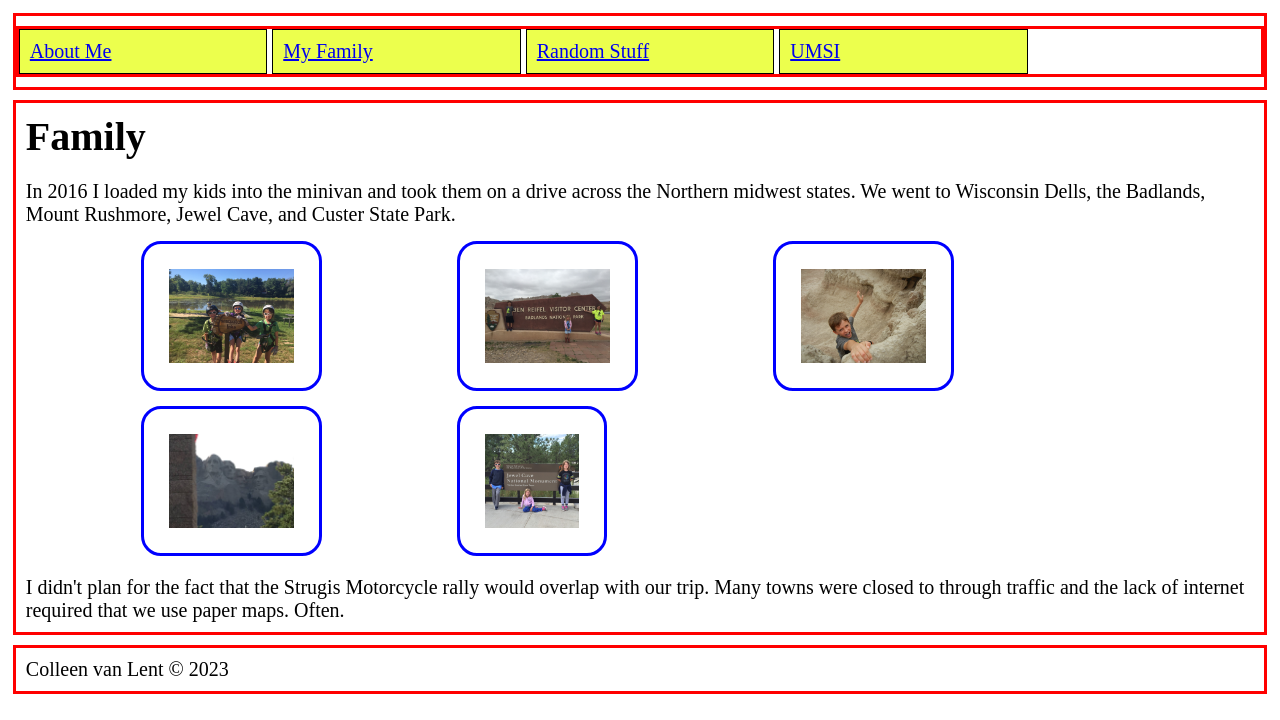
Repository: lulyany/hw1-2023
Page: family.html
These files come from the project's save history. The page is drawn as it stood at one moment and after a run of saves; the edit follows.
The browser window is 1280 px wide. The pictures show the whole page.

Above is the page before, as saved 2023-09-04 18:36:45.

After the next 3 saves:
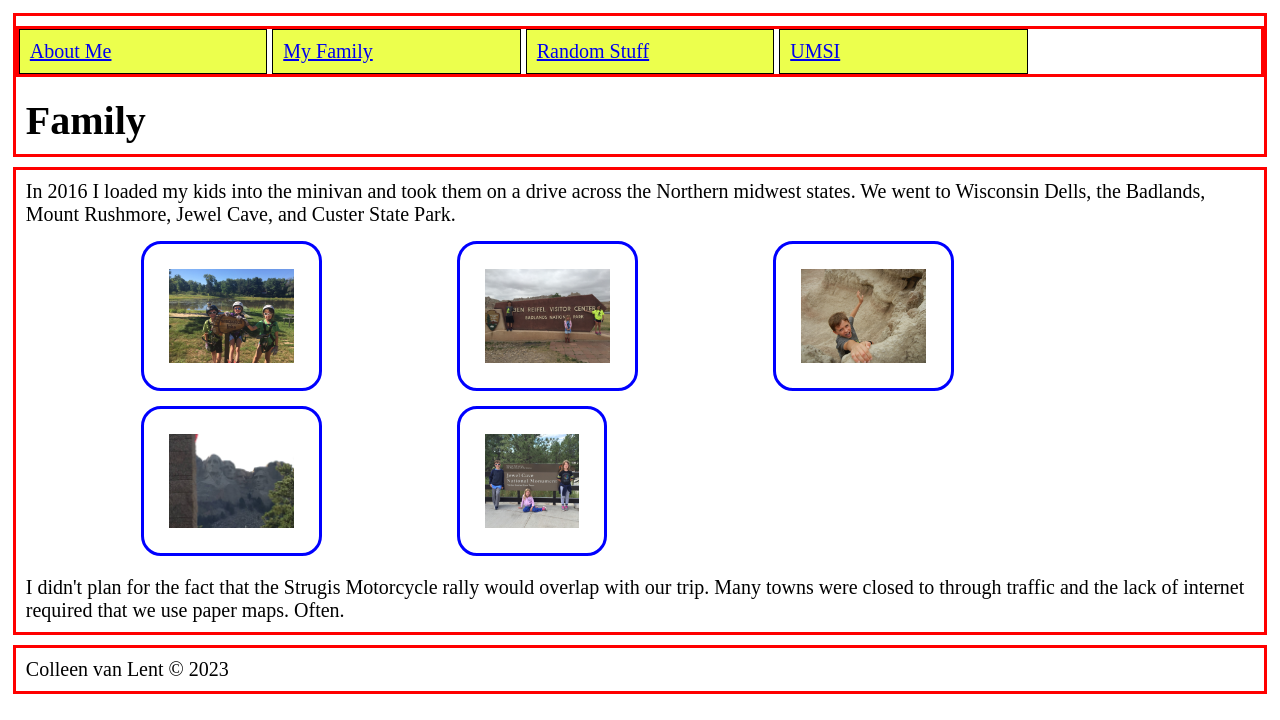
The 3 saves are shown as one change because they came seconds apart.
The last was saved 47 s later.
--- a/family.html
+++ b/family.html
@@ -18,10 +18,10 @@
 			<li><a href = "si.umich.edu">UMSI</a></li>
 		</ul>
 		</nav>
+		<h1>Family</h1>
 	</header>
 
 	<main>
-		<h1>Family</h1>
 		<p>In 2016 I loaded my kids into the minivan and took them on a drive across the Northern midwest states.  We went to Wisconsin Dells, the Badlands, Mount Rushmore, Jewel Cave, and Custer State Park.</p>
 			<img src = "images/wisconsin_dells.jpg" width="25" alt = "A boy and two girls in zip line gear posing in front of sign for Sasquatch Lake">
 			<img src = "images/badlands.jpg" width="1000"  alt = "badlands">
